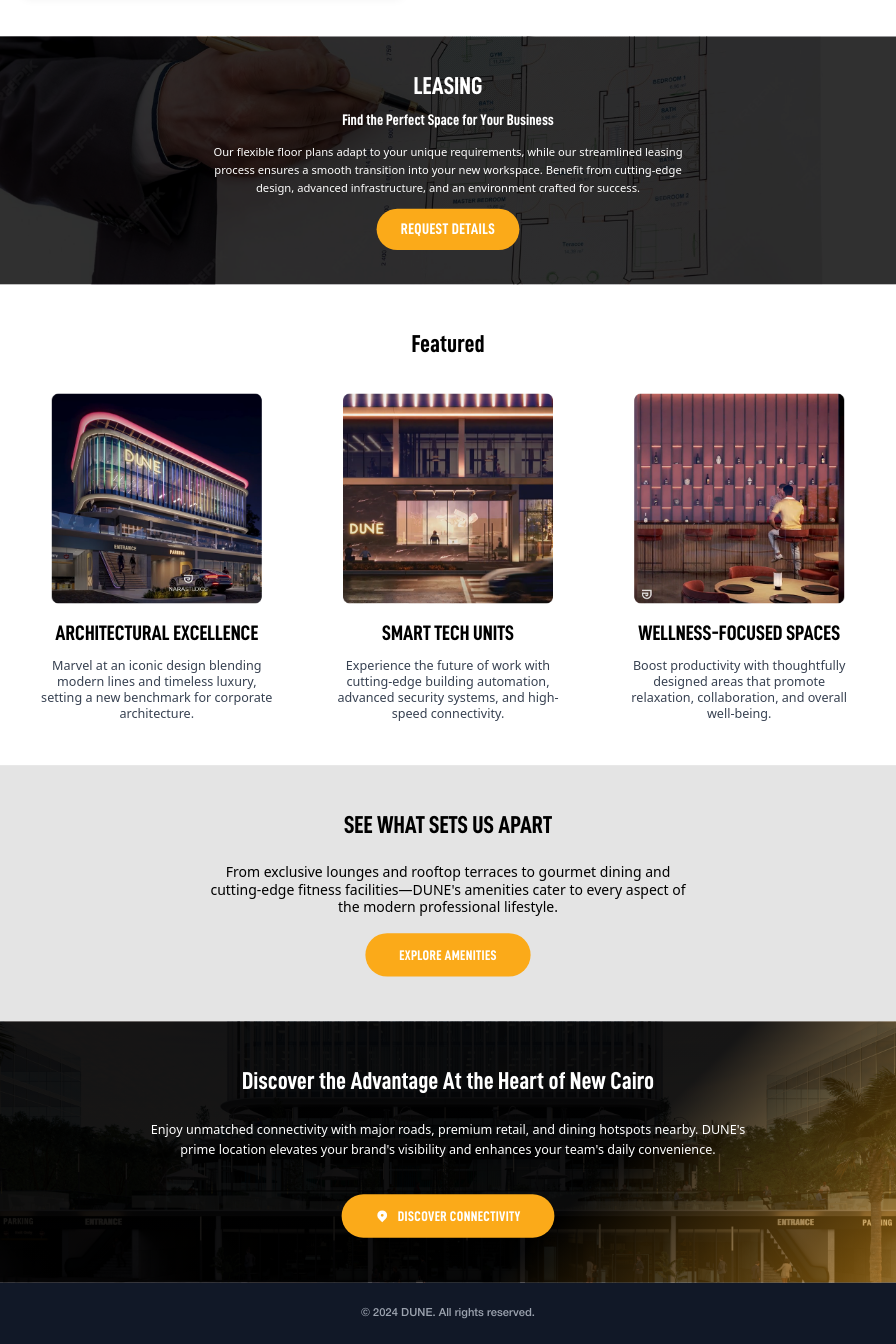
Repository: ahmedassr5765/dune
Page: index.html
An editor plug-in stored every save of this project. The page is shown before and after a run of saves, followed by the edit.
The browser window is 1280 px wide. The pictures show the part of the page from y = 2053 to 3973 px (the page is 3973 px tall), at 70% of full size.
Some web libraries are served in a nearby version.

Above is the page before, as saved 2025-07-12 19:20:15.

After the next 2 saves:
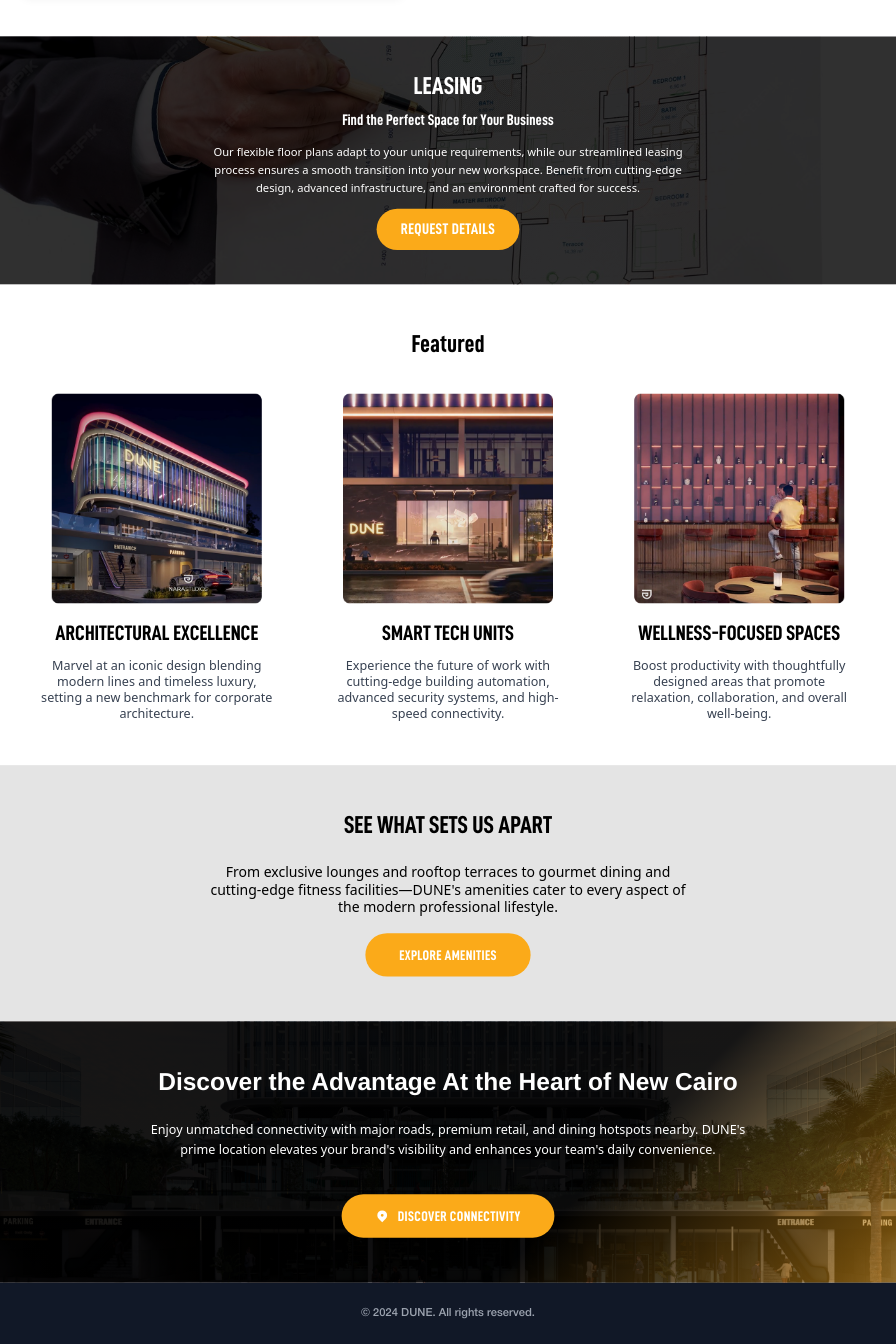
The 2 saves are shown as one change because they came seconds apart.
The last was saved 26 s later.
--- a/index.html
+++ b/index.html
@@ -407,7 +407,7 @@
             <div class="max-w-5xl mx-auto">
 
                 <!-- Main Heading -->
-                <h2 class="text-white font-bold font-ddin text-[35px] mb-8 leading-tight discover-main-title"
+                <h2 class="text-white font-bold font-helvetica text-[35px] mb-8 leading-tight discover-main-title"
                     data-en="Discover the Advantage At the Heart of New Cairo"
                     data-ar="اكتشف الميزة في قلب القاهرة الجديدة">
                     Discover the Advantage At the Heart of New Cairo
